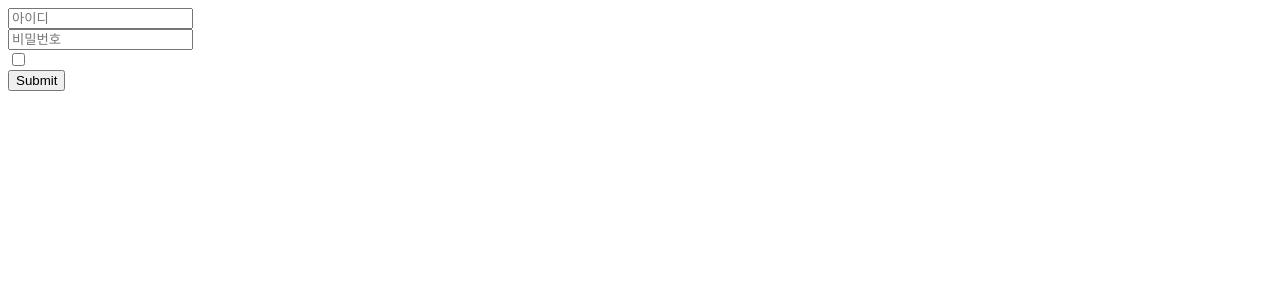
Repository: djdh94/JSP
Page: http://localhost/JSPBasic/JspObject/3.cookie/cookie_login.jsp
These files come from the project's save history. The page is drawn as it stood at one moment and after the next save; the edit follows.
The browser window is 1280 px wide. The pictures show the whole page.
The page is served by Tomcat 9.

Above is the page before, as saved 2022-12-17 04:49:30.

After the next save:
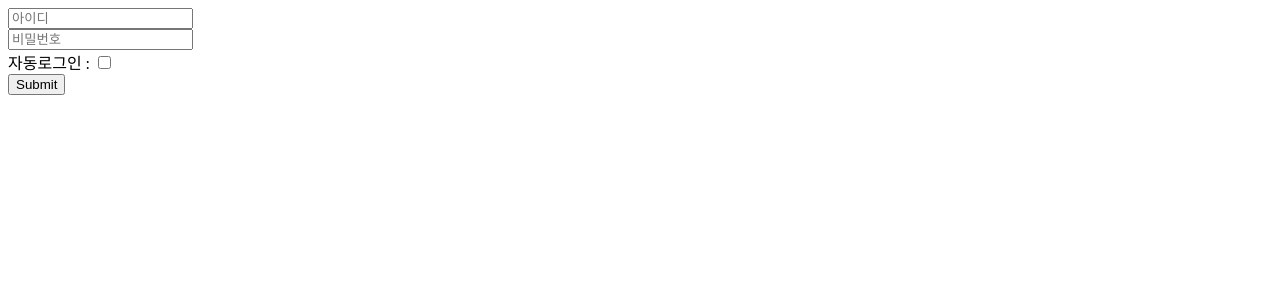
Saved 14 s later.
--- a/JSPBasic/src/main/webapp/JspObject/3.cookie/cookie_login.jsp
+++ b/JSPBasic/src/main/webapp/JspObject/3.cookie/cookie_login.jsp
@@ -13,7 +13,7 @@
 	<form action="cookie_login_ok.jsp">
 		<input type="text" name="id" placeholder="아이디"/><br/>
 		<input type="password" name="pw" placeholder="비밀번호"/><br/>
-		<input type="checkbox" name="auto" value="checked"/><br/>
+		자동로그인 : <input type="checkbox" name="auto" value="checked"/><br/>
 		<input type="submit"/>
 	</form>
 </body>
